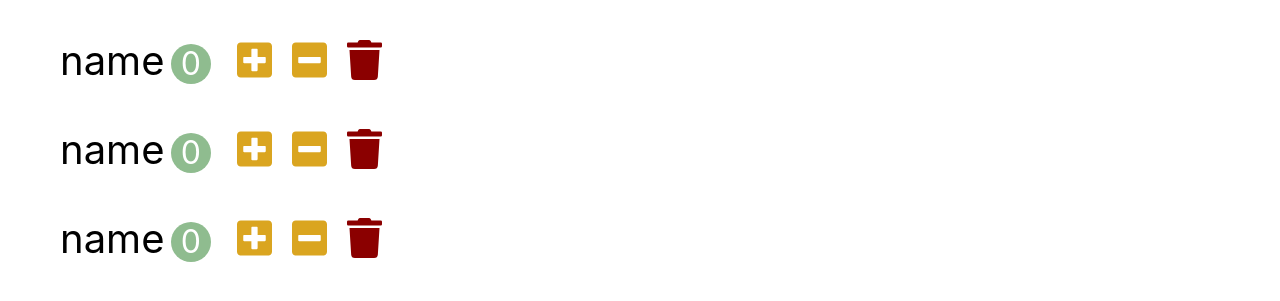
Repository: keehoonjung/react-habit-tracker
Page: / (app in react/habit-tracker/)
The author's editor kept a copy of each file at every save. The page is drawn from the files as they stood at one save, then again after the next save.
The browser window is 1280 px wide. The pictures show the whole page.
The project was rebuilt for these pictures with package versions that can differ from the ones it lists, and the page was loaded fresh each time.

Above is the page before, as saved 2021-08-30 16:55:33.

After the next save:
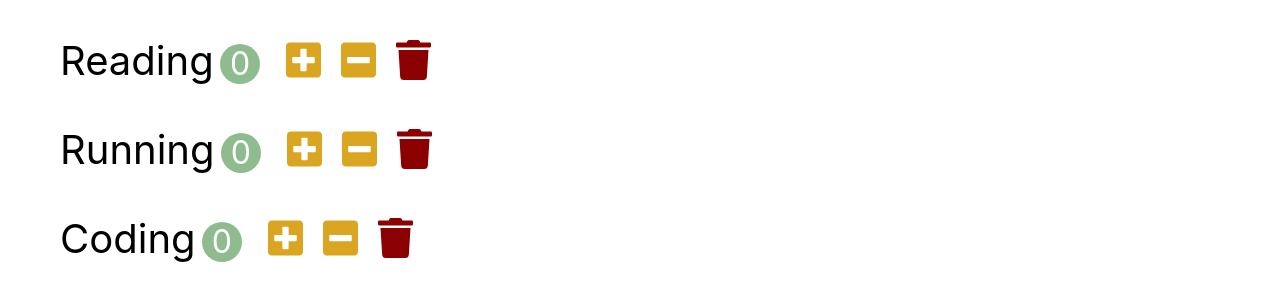
Saved 12 s later.
--- a/react/habit-tracker/src/components/habit.jsx
+++ b/react/habit-tracker/src/components/habit.jsx
@@ -16,8 +16,8 @@ class Habit extends Component {
     const { name, count } = this.props.habit;
     return (
       <li className="habit">
-        <span className="habit-name">name</span>
-        <span className="habit-count">{this.state.count}</span>
+        <span className="habit-name">{name}</span>
+        <span className="habit-count">{count}</span>
         <button
           className="habit-button habit-increase"
           onClick={this.handleIncrement}
